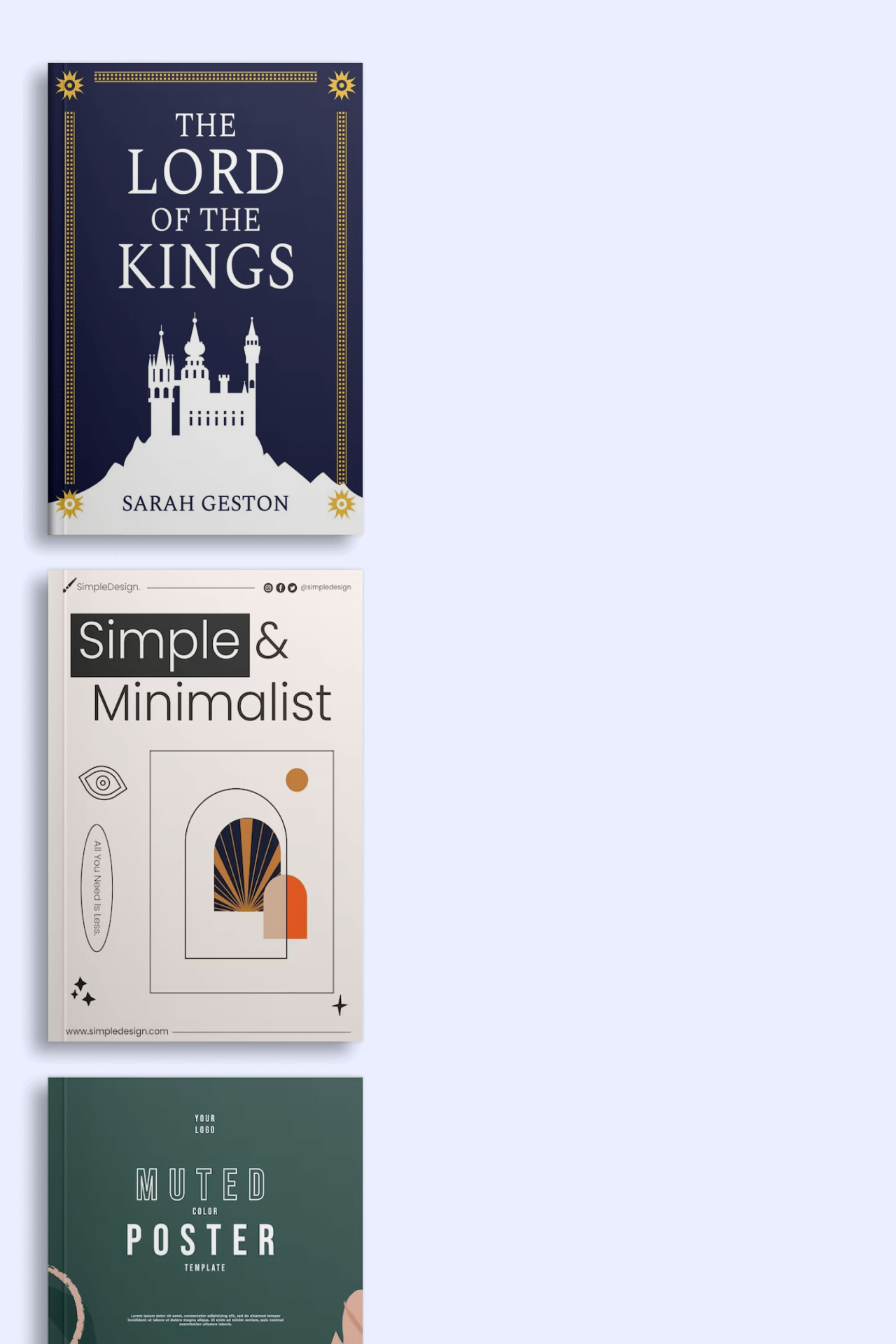
Repository: dinhhaidh/slider-book
Page: index1.html
The author's editor kept a copy of each file at every save. The page is drawn from the files as they stood at one save, then again after the next save.
The browser window is 1280 px wide. The pictures show the part of the page from y = 0 to 1920 px (the page is 2992 px tall), at 70% of full size.
Some web fonts or font styles are not loaded; a fallback is used.

Above is the page before, as saved 2024-01-15 15:10:31.

### index1.html
<!DOCTYPE html>
<html lang="en">
<head>
    <meta charset="UTF-8">
    <meta name="viewport" content="width=device-width, initial-scale=1.0">
    <title>Document</title>
    <link rel="stylesheet" href="style.css">
</head>
<body>
    <section class="home section">
        <div class="home__container container grid">
            <div class="home__swiper swiper">
            <!-- Additional required wrapper -->
            <div class="swiper-wrapper">
                <!-- Slides -->
                <article class="home__article swiper-slide">
                    <img src="./img/book-1.png" alt="image" class="home__img">
                </article>
                <article class="home__article swiper-slide">
                    <img src="./img/book-2.png" alt="image" class="home__img">
                </article>
                <article class="home__article swiper-slide">
                    <img src="./img/book-3.png" alt="image" class="home__img">
                </article>
                <article class="home__article swiper-slide">
                    <img src="./img/book-4.png" alt="image" class="home__img">
                </article>
            </div>
            <!-- If we need pagination -->
            <div class="swiper-pagination"></div>

            <!-- If we need navigation buttons -->
            <div class="swiper-button-prev"></div>
            <div class="swiper-button-next"></div>

            <!-- If we need scrollbar -->
            <div class="swiper-scrollbar"></div>
</div>
        </div>
    </section>
</body>
</html>

### style.css
/*=============== GOOGLE FONTS ===============*/
@import url("https://fonts.googleapis.com/css2?family=Montagu+Slab:wght@500&family=Montserrat:wght@400;500;600&display=swap");

/*=============== VARIABLES CSS ===============*/
:root {
  --header-height: 3.5rem;

  /*========== Colors ==========*/
  /*Color mode HSL(hue, saturation, lightness)*/
  --first-color: hsl(230, 62%, 56%);
  --title-color: hsl(230, 70%, 16%);
  --text-color: hsl(230, 16%, 45%);
  --border-color: hsl(230, 50%, 90%);
  --white-color: hsl(0, 0%, 100%);
  --body-color: hsl(230, 100%, 96%);
  --container-color: hsl(230, 100%, 97%);

  /*========== Font and typography ==========*/
  /*.5rem = 8px | 1rem = 16px ...*/
  --body-font: "Montserrat", sans-serif;
  --second-font: "Montagu Slab", serif;
  --biggest-font-size: 2rem;
  --h1-font-size: 1.5rem;
  --h2-font-size: 1.25rem;
  --h3-font-size: 1rem;
  --normal-font-size: .938rem;
  --small-font-size: .813rem;
  --smaller-font-size: .75rem;

  /*========== Font weight ==========*/
  --font-regular: 400;
  --font-medium: 500;
  --font-semi-bold: 600;

  /*========== z index ==========*/
  --z-tooltip: 10;
  --z-fixed: 100;
}

/*========== Responsive typography ==========*/
@media screen and (min-width: 1150px) {
  :root {
    --biggest-font-size: 3.5rem;
    --h1-font-size: 2.25rem;
    --h2-font-size: 1.5rem;
    --h3-font-size: 1.25rem;
    --normal-font-size: 1rem;
    --small-font-size: .875rem;
    --smaller-font-size: .813rem;
  }
}

/*=============== BASE ===============*/
* {
  box-sizing: border-box;
  padding: 0;
  margin: 0;
}

html {
  scroll-behavior: smooth;
}

body,
input,
button {
  font-family: var(--body-font);
  font-size: var(--normal-font-size);
}

body {
  background-color: var(--body-color);
  color: var(--text-color);
  transition: background-color .4s;
}

input,
button {
  border: none;
  outline: none;
}

h1, h2, h3, h4 {
  color: var(--title-color);
  font-family: var(--second-font);
  font-weight: var(--font-medium);
}

ul {
  list-style: none;
}

a {
  text-decoration: none;
}

img {
  display: block;
  max-width: 100%;
  height: auto;
}

/*=============== THEME ===============*/
/*========== Variables Dark theme ==========*/


/*==========
	Color changes in some parts of
	the website, in dark theme
==========*/


/*=============== REUSABLE CSS CLASSES ===============*/
.container {
  max-width: 1220px;
  margin-inline: 1.5rem;
}

.grid {
  display: grid;
  gap: 1.5rem;
}

.section {
  padding-block: 5rem 1rem;
}

.section__title {
  text-align: center;
  font-size: var(--h1-font-size);
  font-family: var(--second-font);
  margin-bottom: 2rem;
}

.main {
  overflow: hidden; /* For animation ScrollReveal */
}
@media screen and (min-width: 1150px) {
    .container{
        margin-inline: position: absolute;
        bottom: 0;
        left: 0;;
    }
}

/*=============== HEADER & NAV ===============*/


/* Navigation for mobile devices */


/* Add shadow header */


/* Active link */


/*=============== SEARCH ===============*/


/* Show search */


/*=============== LOGIN ===============*/


/* Show login */


/*=============== HOME ===============*/


/* Swiper class */


/*=============== BUTTON ===============*/


/*=============== SERVICES ===============*/


/*=============== FEATURED ===============*/


/* Swiper class */


/*=============== DISCOUNT ===============*/


/*=============== NEW ===============*/


/*=============== JOIN ===============*/


/*=============== TESTIMONIAL ===============*/


/*=============== FOOTER ===============*/


/*=============== SCROLL BAR ===============*/


/*=============== SCROLL UP ===============*/


/* Show Scroll Up */


/*=============== BREAKPOINTS ===============*/
/* For small devices */


/* For medium devices */


/* For large devices */

After the next save:
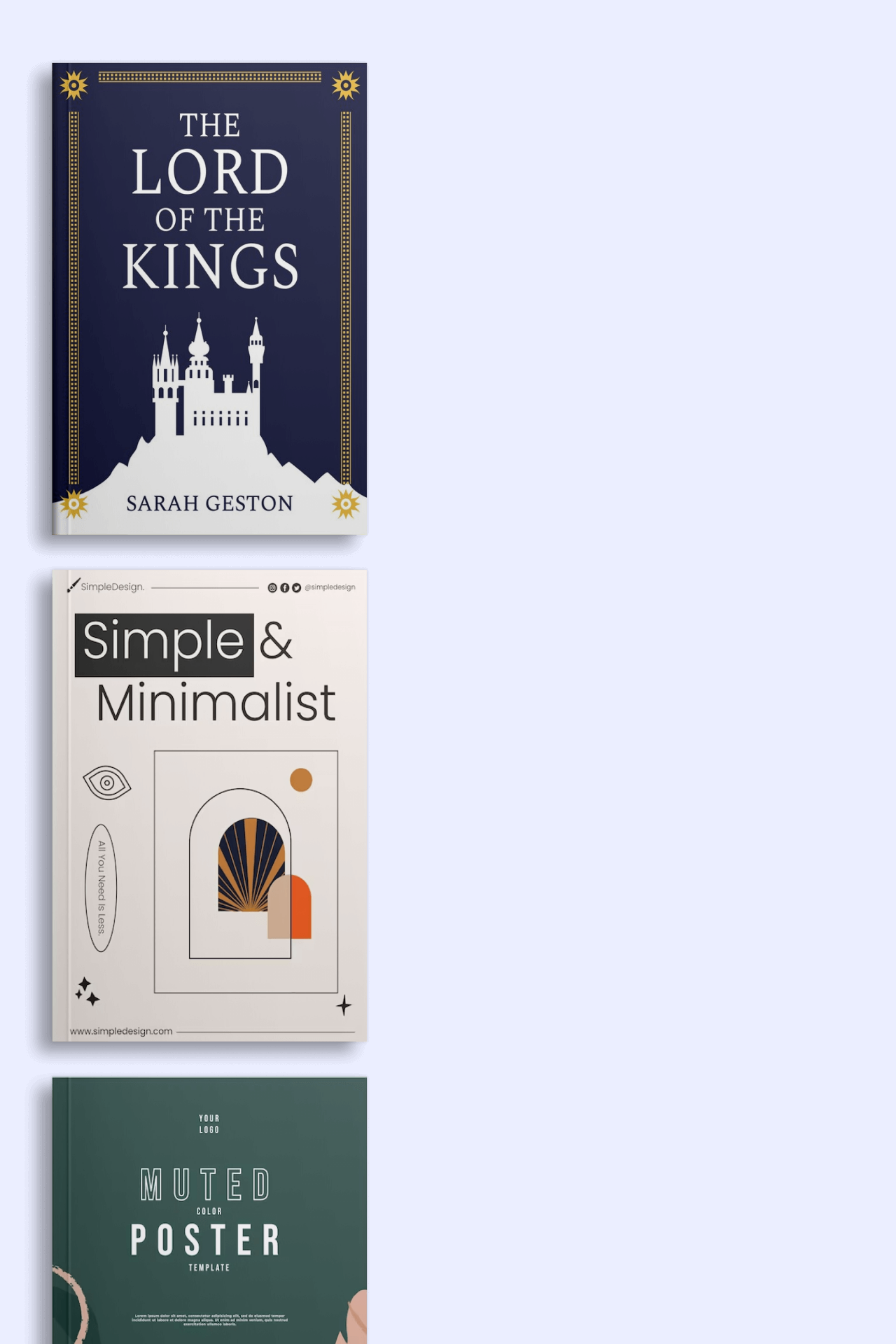
Saved 4 s later.
--- a/style.css
+++ b/style.css
@@ -137,9 +137,7 @@ img {
 }
 @media screen and (min-width: 1150px) {
     .container{
-        margin-inline: position: absolute;
-        bottom: 0;
-        left: 0;;
+        margin-inline: auto;
     }
 }
 
